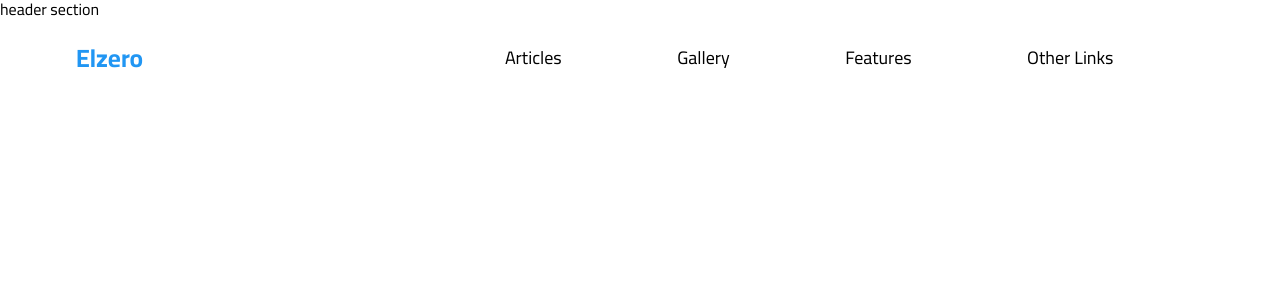
Repository: Toqa-25/elzeroAcdemey-Templete
Page: index.html
These files come from the project's save history. The page is drawn as it stood at one moment and after the next save; the edit follows.
The browser window is 1280 px wide. The pictures show the whole page.

Above is the page before, as saved 2022-01-16 20:52:00.

After the next save:
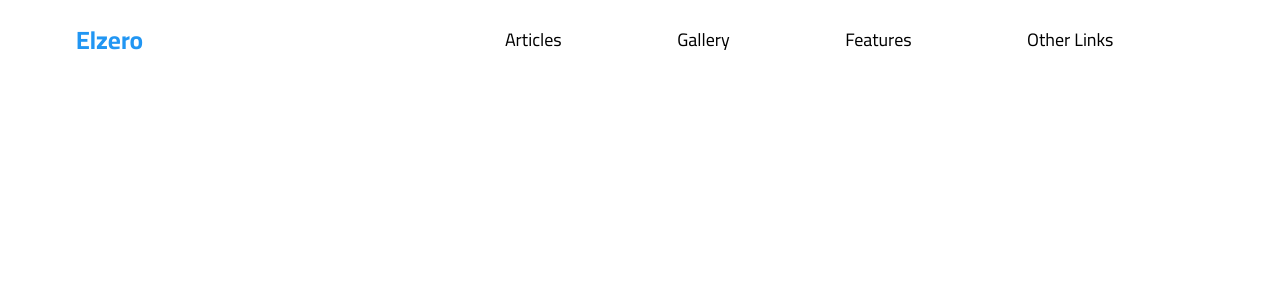
Saved 4 s later.
--- a/index.html
+++ b/index.html
@@ -18,7 +18,7 @@
     <title>templete 3</title>
 </head>
 <body>
-    header section
+    <!-- header section -->
     <header id="" class="">
         <div class="container">
             <div class="header-content">
